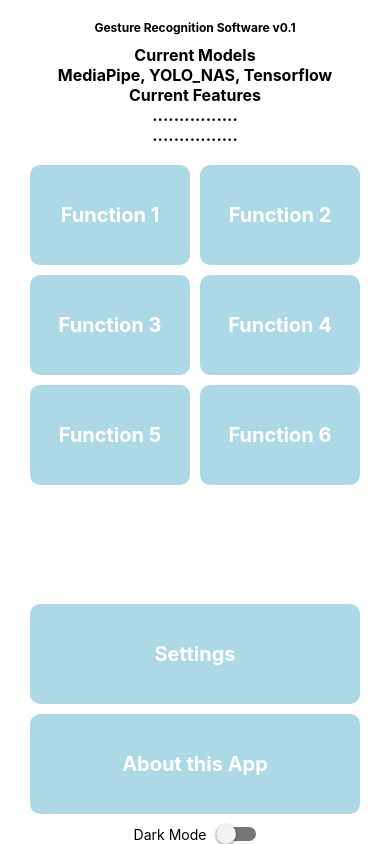
Repository: hajin-park/V-QUIP
Page: / (app in frontend/react-native-app/)
These files come from the project's save history. The page is drawn as it stood at one moment and after the next save; the edit follows.
The browser window is 390 px wide. The pictures show the whole page.
The app was drawn by React Native's web renderer in a window 390 px wide. The project was rebuilt for these pictures with package versions that can differ from the ones it lists, and the page was loaded fresh each time.

Above is the page before, as saved 2024-04-08 00:07:23.

After the next save:
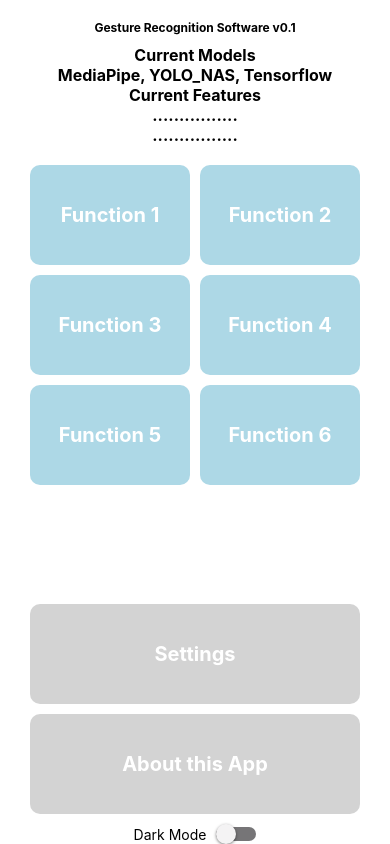
Saved 51 s later.
--- a/frontend/react-native-app/App.js
+++ b/frontend/react-native-app/App.js
@@ -121,7 +121,7 @@ const styles = StyleSheet.create({
   box2: {
     width: 330,
     height: 100,
-    backgroundColor: '#ADD8E6', // Light blue color
+    backgroundColor: '#D3D3D3', // Light blue color
     borderRadius: 10, // Rounded edges
     alignItems: 'center',
     justifyContent: 'center',
